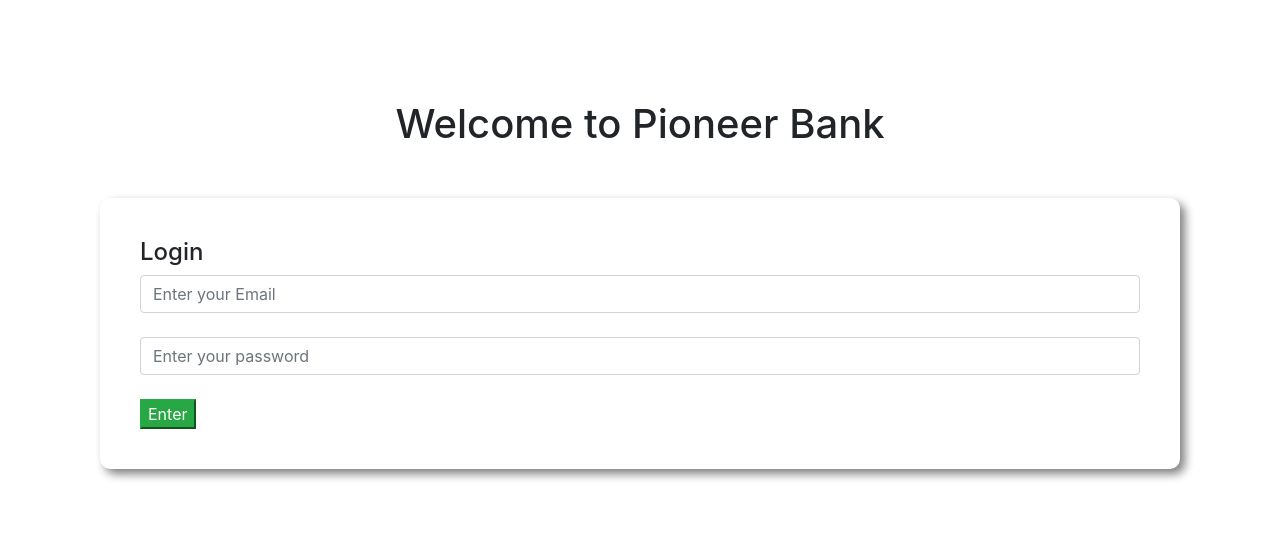
Repository: omarhasnain/pioneer-bank
Page: index.html
These files come from the project's save history. The page is drawn as it stood at one moment and after the next save; the edit follows.
The browser window is 1280 px wide. The pictures show the whole page.

Above is the page before, as saved 2021-04-28 01:13:41.

After the next save:
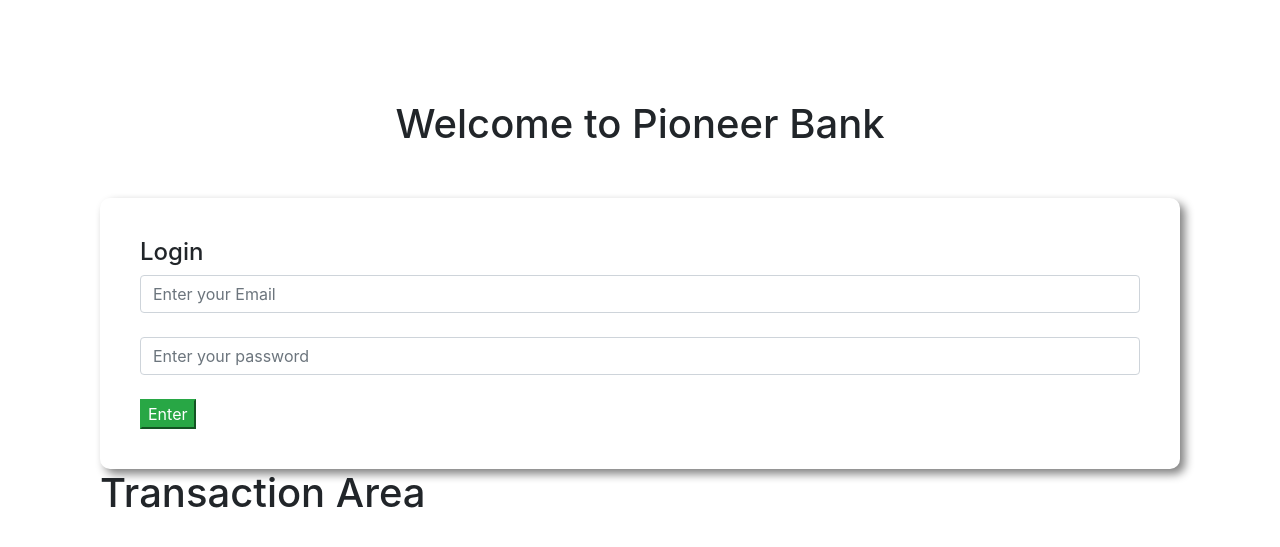
Saved 10 min 38 s later.
--- a/index.html
+++ b/index.html
@@ -23,6 +23,11 @@
             <button id="login" class="btn-success">Enter</button>
         </div>
     </div>
+    <div id="transaction-area">
+        <h1>
+            Transaction Area
+        </h1>
+    </div>
     <script>
         const loginButton = document.getElementById("login").addEventListener("click", function() {
             const loginArea = document.getElementById('login-area');

After the save that followed:
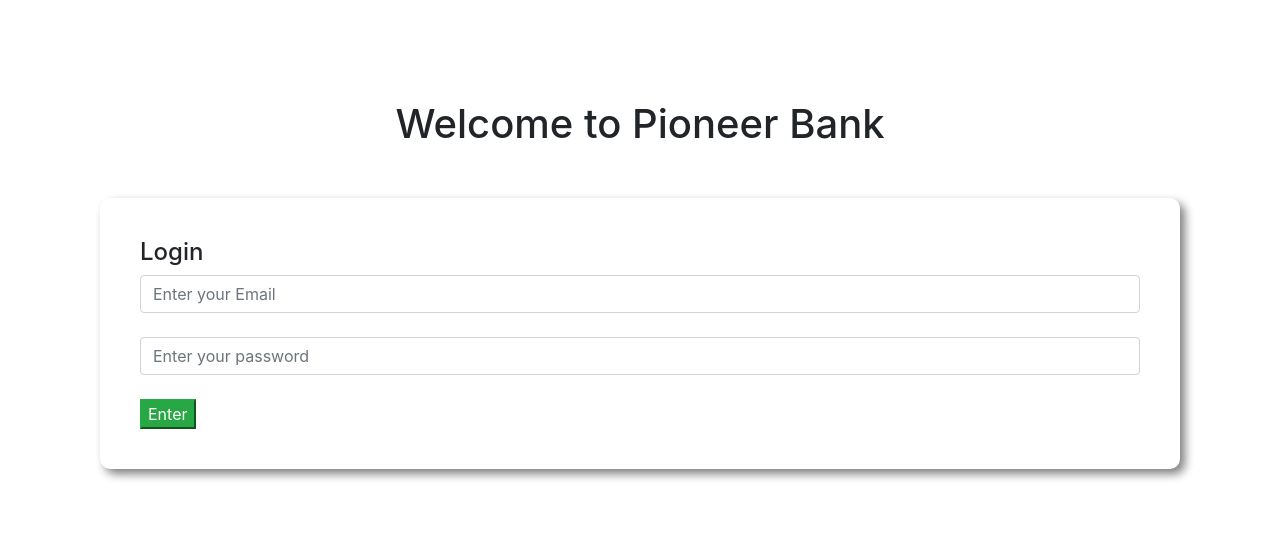
Saved 36 s later.
--- a/style.css
+++ b/style.css
@@ -8,3 +8,7 @@ body {
     box-shadow: 5px 5px 10px grey;
     padding: 40px;
 }
+
+#transaction-area {
+    display: none;
+}
